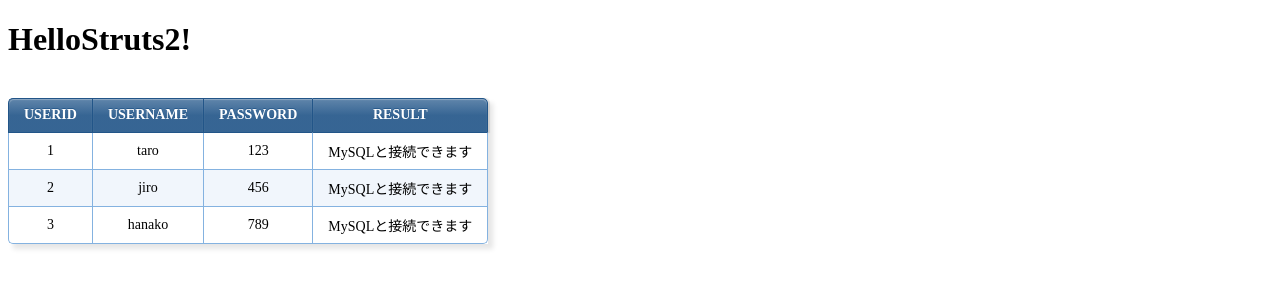
Repository: Numanaka/test
Page: http://localhost/WebProj5/HelloStrutsAction.action
The author's editor kept a copy of each file at every save. The page is drawn from the files as they stood at one save, then again after the next save.
The browser window is 1280 px wide. The pictures show the whole page.
The page is served by Tomcat 9. Other server files are loaded and not shown. The database holds what the project's SQL file puts in it.

Above is the page before, as saved 2019-07-02 07:50:57.

### WebProj5/WebContent/hello.jsp
<%@ page language="java" contentType="text/html; charset=UTF-8"
    pageEncoding="UTF-8"%>
<%@ taglib prefix="s" uri="/struts-tags" %>
<!DOCTYPE html>
<html>
<head>
<meta charset="utf-8">
<title>HelloStruts</title>
<link rel="stylesheet" type="text/css" href="./css/style.css">

</head>
<body>

<h1>HelloStruts2!</h1>
<br>
<table>
<tbody>
	<tr>
		<th>USERID</th>
		<th>USERNAME</th>
		<th>PASSWORD</th>
		<th>RESULT</th>
	</tr>
	<s:iterator value="#session.helloStrutsDTOList">
	<tr>
		<td><s:property value="userId"/></td>
		<td><s:property value="userName"/></td>
		<td><s:property value="password"/></td>
		<td><s:property value="result"/></td>
	</tr>
	</s:iterator>


</tbody>
</table>


</body>
</html>

### WebProj5/src/com/internousdev/webproj5/dao/HelloStrutsDAO.java
package com.internousdev.webproj5.dao;

import java.sql.Connection;
import java.sql.PreparedStatement;
import java.sql.ResultSet;
import java.sql.SQLException;
import java.util.ArrayList;
import java.util.List;

import com.internousdev.webproj5.dto.HelloStrutsDTO;
import com.internousdev.webproj5.util.DBConnector;

public class HelloStrutsDAO {
	List<HelloStrutsDTO> helloStrutsDTOList=new ArrayList<HelloStrutsDTO>();

	public List<HelloStrutsDTO> select(){
		DBConnector db=new DBConnector();
		Connection con=db.getConnection();

		String sql="select * from users";

		try{
			PreparedStatement ps=con.prepareStatement(sql);
			ResultSet rs=ps.executeQuery();

			while(rs.next()){
				HelloStrutsDTO dto=new HelloStrutsDTO();
				dto.setUserId(rs.getInt("user_id"));
				dto.setUserName(rs.getString("user_name"));
				dto.setPassword(rs.getString("password"));
				dto.setResult("MySQLと接続できます");
				helloStrutsDTOList.add(dto);

			}
		}catch(SQLException e){
			e.printStackTrace();
		}
		try{
			con.close();
		}catch(SQLException e){
			e.printStackTrace();
		}
		return helloStrutsDTOList;
	}
}

### WebProj5/src/com/internousdev/webproj5/util/DBConnector.java
package com.internousdev.webproj5.util;

import java.sql.Connection;
import java.sql.DriverManager;
import java.sql.SQLException;

public class DBConnector {
	private static String driverName="com.mysql.jdbc.Driver";//ドライバー名
	private static String url="jdbc:mysql://localhost/testnmdb";//接続URL
	private static String user="root";//ユーザー名
	private static String password="mysql";//パスワード

	public Connection getConnection(){
		Connection con=null;
		try{
			Class.forName(driverName);
			con=DriverManager.getConnection(url,user,password);

		}catch(ClassNotFoundException e){
			e.printStackTrace();
		}catch(SQLException e){
			e.printStackTrace();
		}
		return con;
	}


}

### WebProj5/src/com/internousdev/webproj5/dto/HelloStrutsDTO.java
package com.internousdev.webproj5.dto;

public class HelloStrutsDTO {

	private int userId;
	private String userName;
	private String password;
	private String result;

	public int getUserId(){
		return userId;
	}

	public void setUserId(int userId){
		this.userId=userId;
	}

	public String getUserName(){
		return userName;
	}
	public void setUserName(String userName){
		this.userName=userName;
	}

	public String getPassword(){
		return password;
	}

	public void setPassword(String password){
		this.password=password;
	}

	public String getResult(){
		return result;
	}
	public void setResult(String result){
		this.result=result;
	}

}

### WebProj5/WebContent/css/style.css
table{
	width: auto;
	border-spacing: 0;
	font-size: 14px;
}

table th{
	color: #fff;
	padding: 8px 15px;
	background: #258;
	background: -moz-linear-gradient(rgba(34,85,136,0.7), rgba(34,85,136,0.9) 50%);
	background: -webkit-gradient(linear,100% 0%,100% 50%, from(rgba(34,85,136,0.7)),to(rgba(34,85,136,0.9)));
	font-weight: bold;
	border-left: 1px solid #258;
	border-top: 1px solid #258;
	border-bottom: 1px solid #258;
	line-height: 120%;
	text-align: center;
	text-shadow: 0px -1px 0 rgba(34,85,136,0.9);
	box-shadow: 0px 1px 1px rgba(255,255,255,0.3) inset;
}

table th:first-child{
	border-radius:5px 0 0 0;
}

table th:last-child{
	border-radius: 0 5px 0 0;
	border-right: 1px solid #258;
	box-shadow: 2px 0px 1px rgba(0,0,0,0.1), 0px 1px 1px rgba(255,255,255,0.3) inset;

}

table tr td{
	padding: 8px 15px;
	border-bottom: 1px solid #84b2e0;
	border-left: 1px solid #84b2e0;
	text-align: center;
}

table tr td:last-child{
	border-right: 1px solid #84b2e0;
	box-shadow: 0px 0px 0px rgba(0,0,0,0.1);
}
table tr{
	background: #fff;
}

table tr:nth-child(2n+1){
	background: #f1f6fc;

}

table tr:last-child td{
	box-shadow: 0px 0px 0px rgba(0,0,0,0.8);
}

table tr:last-child td:first-child{
	border-radius: 0 0 0 5px;
}

table tr:last-child td:last-child{
	border-radius: 0 0 5px 0;
}

table tr:hover{
	background: #bbd4ee;
	cursor: pointer;
}
table{
	box-shadow: 5px 5px 5px rgba(0,0,0,0.1);
}

### WebProj5/sql/testnmdb.sql (the tables this page reads)
create table users(
user_id int primary key auto_increment,
user_name varchar(255),
password varchar(255)
);

insert into users values(1,"taro","123");

insert into users values(2,"jiro","456");

insert into users values(3,"hanako","789");

After the next save:
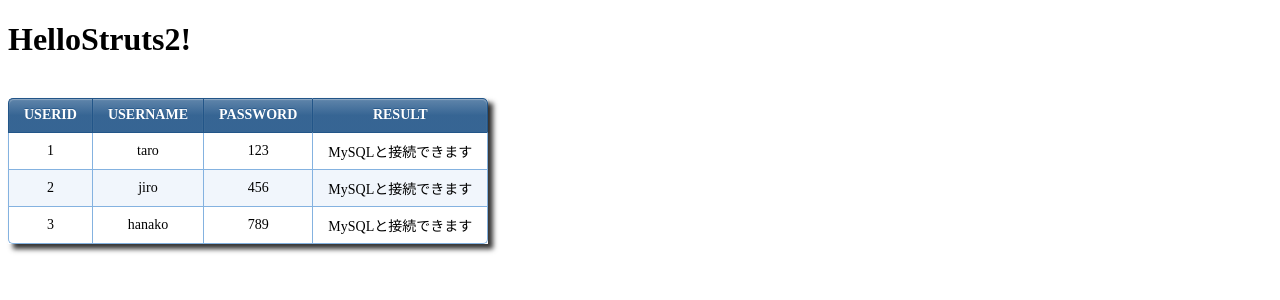
Saved 37 s later.
--- a/WebProj5/WebContent/css/style.css
+++ b/WebProj5/WebContent/css/style.css
@@ -67,6 +67,7 @@ table tr:hover{
 	background: #bbd4ee;
 	cursor: pointer;
 }
+
 table{
-	box-shadow: 5px 5px 5px rgba(0,0,0,0.1);
+	box-shadow: 5px 5px 5px rgba(0,0,0,0.8);
 }
